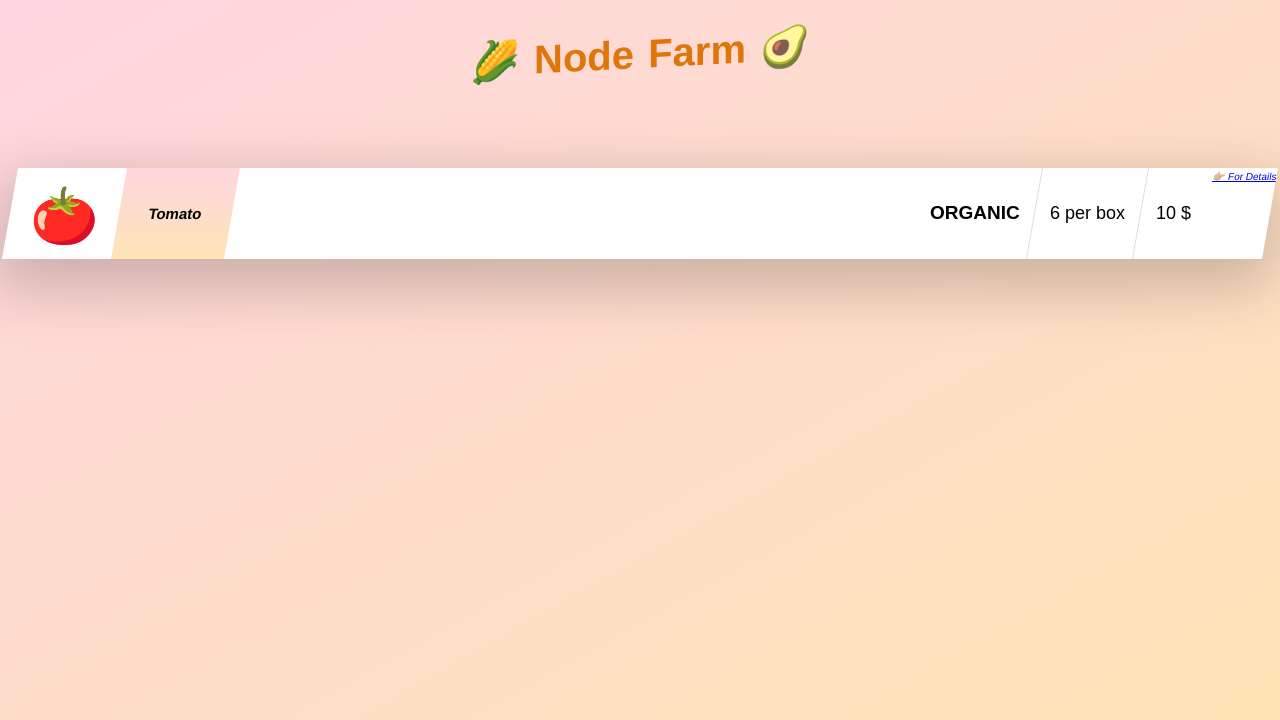
Repository: Kubraaygun/NodeFarm_Backend
Page: templates/overview.html
An editor plug-in stored every save of this project. The page is shown before and after the next save, followed by the edit.
The browser window is 1280 px wide. The pictures show the whole page.

Above is the page before, as saved 2025-09-02 20:36:15.

### templates/overview.html
<!DOCTYPE html>
<html lang="en">
  <head>
    <meta charset="UTF-8" />
    <meta name="viewport" content="width=device-width, initial-scale=1.0" />
    <title>NODE FARM</title>
    <style>
      *,
      *::before,
      *::after {
        margin: 0;
        padding: 0;
        box-sizing: inherit;
      }
      html {
        font-size: 10px;
        box-sizing: border-box;
      }
      body {
        padding: 20px 10px 10px;
        background: linear-gradient(to bottom right, #ffd6e0, #ffe4b5);
        min-height: 100vh;
        font-family: sans-serif;
        line-height: 1.7;
      }
      h1 {
        font-size: 4rem;
        color: rgb(224, 117, 10);
        transform: skewY(-3deg);
        text-align: center;
        position: relative;
        word-spacing: 3px;
      }
      .container {
        width: 100%;
        margin: 0 auto;
      }
      .cards-container {
        margin-top: 8rem;
      }
      .card {
        background-color: white;
        box-shadow: 0 2rem 6rem 1rem rgba(0, 0, 0, 0.2);
        margin-bottom: 5rem;
        display: flex;
        transform: skewX(-10deg);
      }
      .card__emoji {
        font-size: 5.5rem;
        line-height: 1.2;
        padding: 1.5rem 6rem 1rem 2rem;
        transform: skewX(10deg);
        letter-spacing: -4rem;
      }
      .card__title-box {
        background: linear-gradient(to bottom, #ffd6e0, #ffe4b5);
        margin-right: auto;
        display: flex;
        align-items: center;
        padding: 0 3rem;
      }
      .card__details {
        display: flex;
      }
      .card__detail-box {
        align-self: stretch;
        display: flex;
        align-items: center;
        border-right: 1px solid #ddd;
      }
      .card__detail-box:last-child {
        border: none;
      }
      .card__detail {
        font-weight: 400;
        font-size: 1.8rem;
        transform: skewX(10deg);
        padding: 1.5rem;
      }
      .card__detail--organic {
        font-weight: 900;
        text-transform: uppercase;
        font-size: 1.9rem;
        background: linear-gradient(to right, #9be15d);
      }
    </style>
  </head>
  <body>
    <div class="container">
      <h1>🌽 Node Farm 🥑</h1>

      <div class="cards-container">
        <!-- {%PRODUCT_CARDS%} -->
        <figure class="card">
          <div class="card__emoji">🍅</div>
          <div class="card__title-box">
            <h2 class="card__title">
              <!-- {%PRODUCTNAME%} -->
              Tomato
            </h2>
          </div>

          <div class="card__details">
            <div class="card__detail-box">
              <h6 class="card__detail card__detail--organic">Organic</h6>
            </div>

            <div class="card__detail-box">
              <h6 class="card__detail">
                <!-- {%QUANTITY%} per box  -->
                6 per box
              </h6>
            </div>

            <div class="card__detail-box">
              <h6 class="card__detail card__detail--price">
                <!-- {%PRICE%} -->
                10 $
              </h6>
            </div>
          </div>

          <a href="/product?id={%ID%}" class="card__link">
            <span> 👉🏼 For Details </span>
          </a>
        </figure>
      </div>
    </div>
  </body>
</html>

After the next save:
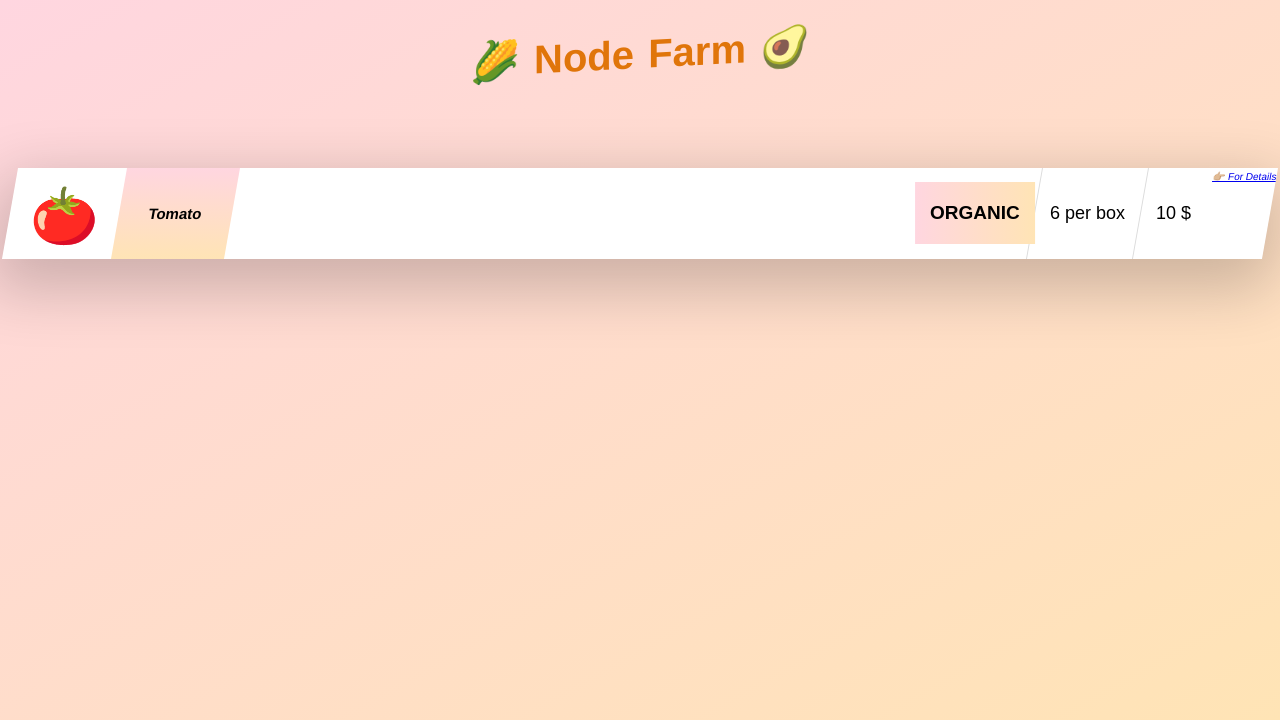
Saved 11 s later.
--- a/templates/overview.html
+++ b/templates/overview.html
@@ -81,7 +81,7 @@
         font-weight: 900;
         text-transform: uppercase;
         font-size: 1.9rem;
-        background: linear-gradient(to right, #9be15d);
+        background: linear-gradient(to right, #ffd6e0, #ffe4b5);
       }
     </style>
   </head>

After the 2 saves that followed:
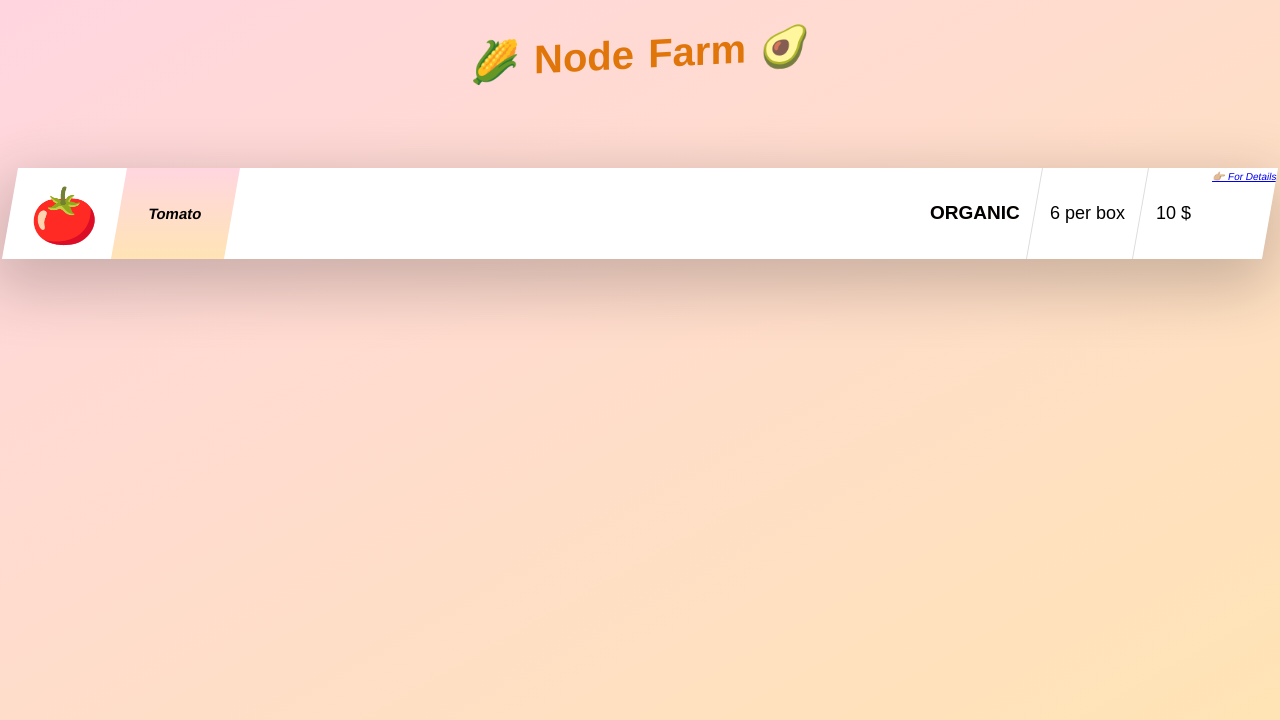
The 2 saves are shown as one change because 1 left the picture as it was.
The last was saved 22 s later.
--- a/templates/overview.html
+++ b/templates/overview.html
@@ -82,6 +82,8 @@
         text-transform: uppercase;
         font-size: 1.9rem;
         background: linear-gradient(to right, #ffd6e0, #ffe4b5);
+        --webkit-background-clip: text;
+        background-clip: text;
       }
     </style>
   </head>
